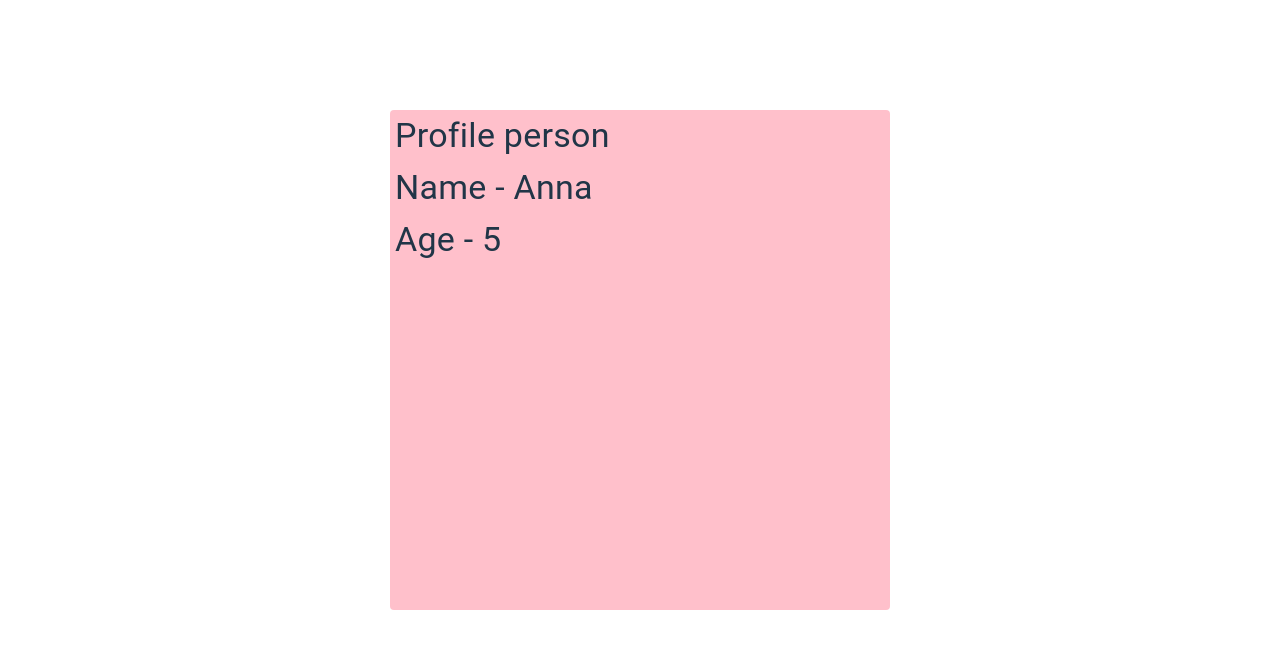
Repository: savannaaaas/props
Page: /
The author's editor kept a copy of each file at every save. The page is drawn from the files as they stood at one save, then again after the next save.
The browser window is 1280 px wide. The pictures show the whole page.
The project was rebuilt for these pictures with package versions that can differ from the ones it lists, and the page was loaded fresh each time. Also part of the build but not shown: vite.config.js.

Above is the page before, as saved 2025-07-07 23:43:10.

### src/App.jsx
import "./App.css";
import Box from "@mui/material/Box";
import { Person } from "./components/Person";
/**1. Создать 6 любых компонент.
2. В компоненты передать props следующих типов данных:
number
string
boolean
object
function
array
3. Использовать в компонентах каждый prop.
4. Сделать деструктуризацию props. */
function App() {
  return (
    <Box
      sx={{
        width: 500,
        height: 500,
        borderRadius: 1,
        bgcolor: "pink",
      }}
    >
      <Person name={"Anna"} age={5} />
    </Box>
  );
}

export default App;

### src/components/Person.jsx
import Typography from "@mui/material/Typography";
export const Person = ({ name, age }) => {
  return (
    <>
      <Typography variant="h4" align="left" style={{ padding: "5px" }}>
        Profile person
      </Typography>
      <Typography variant="h4" align="left" style={{ padding: "5px" }}>
        Name - {name}
      </Typography>
      <Typography variant="h4" align="left" style={{ padding: "5px" }}>
        Age - {age}
      </Typography>
    </>
  );
};

Loaded but not shown: index.html (common file); src/main.jsx (common file); src/index.css (common file); src/App.css (common file)

After the next save:
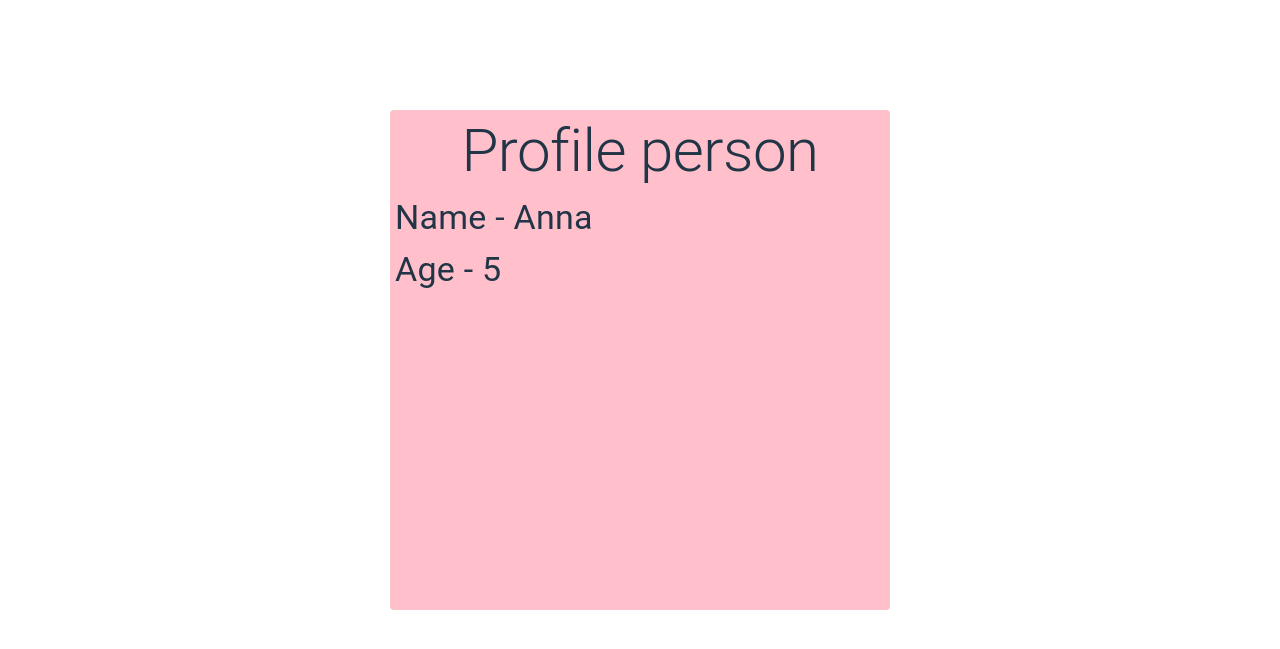
Saved 8 s later.
--- a/src/components/Person.jsx
+++ b/src/components/Person.jsx
@@ -2,7 +2,7 @@ import Typography from "@mui/material/Typography";
 export const Person = ({ name, age }) => {
   return (
     <>
-      <Typography variant="h4" align="left" style={{ padding: "5px" }}>
+      <Typography variant="h2" align="center" style={{ padding: "5px" }}>
         Profile person
       </Typography>
       <Typography variant="h4" align="left" style={{ padding: "5px" }}>
